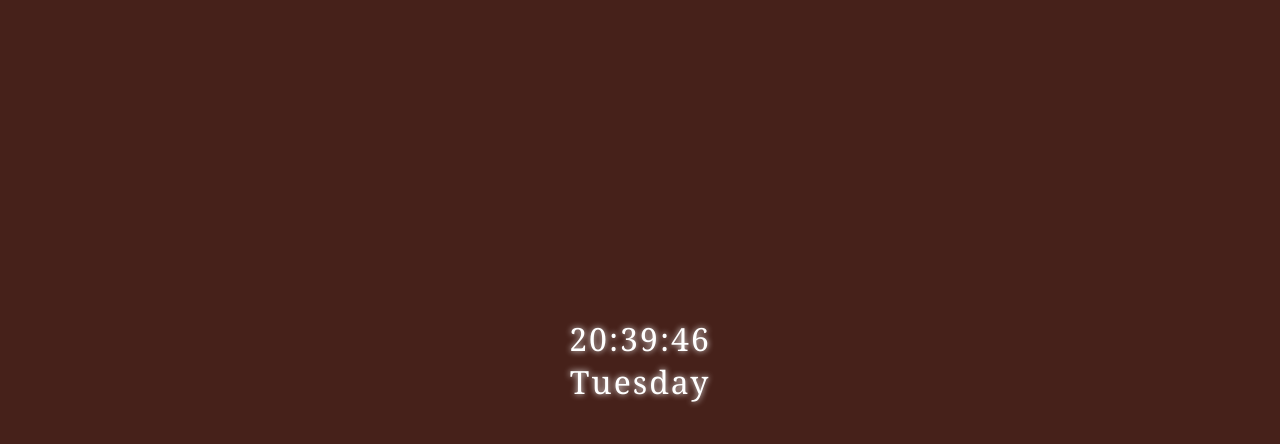
Repository: qtqqrdy13/clock
Page: index.html
An editor plug-in stored every save of this project. The page is shown before and after the next save, followed by the edit.
The browser window is 1280 px wide. The pictures show the whole page.
Some web fonts or font styles are not loaded; a fallback is used.

Above is the page before, as saved 2023-11-21 20:46:15.

### index.html
<!DOCTYPE html>
<html lang="en">
<head>
    <meta charset="UTF-8">
    <meta name="viewport" content="width=device-width, initial-scale=1.0">
    <title>Document</title>
    <link rel="stylesheet" href="style.css">
</head>
<body>
    <div id="clock"></div>
    <script src="script.js"></script>
</body>
</html>

### style.css
body{
    font-family:Georgia, 'Times New Roman', Times, serif;
    display: flex;
    justify-content: center;
    align-items: center;
    height: 100vh;
    margin: 0;
    background-color:#46211A;
    color: white;
    flex-direction: column;
}
#clock{
    font-size: 2em;
    text-align: center;
    letter-spacing: 2px;
    margin: 20px;
    padding: 40px;
    width: 185px;
    text-shadow: 0 0 6px white;
}

### script.js
function updateClock(){
    const now = new Date();
    const hours = now.getHours().toString().padStart(2,'0');
    const minutes = now.getMinutes().toString().padStart(2,'0');
    const seconds = now.getSeconds().toString().padStart(2,'0');
    const day = ['Sunday','Monday','Tuesday','Wednesday','Thursday','Friday','Saturday'][now.getDay()]
    const timeString = `${hours}:${minutes}:${seconds} ${day}`
    document.getElementById('clock').innerText = timeString;
}

setInterval(updateClock,1000)
updateClock()

After the next save:
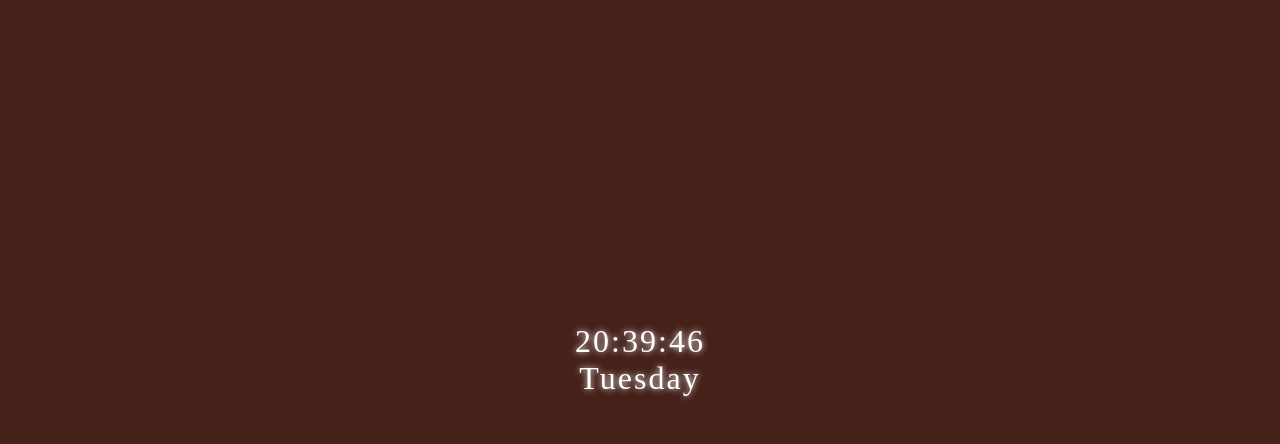
Saved 10 min 29 s later.
--- a/style.css
+++ b/style.css
@@ -1,5 +1,9 @@
+@font-face {
+    font-family:'Hacker';
+    src: url(../PressStart2P-Regular.ttf);
+}
 body{
-    font-family:Georgia, 'Times New Roman', Times, serif;
+    font-family:'Hacker';
     display: flex;
     justify-content: center;
     align-items: center;
